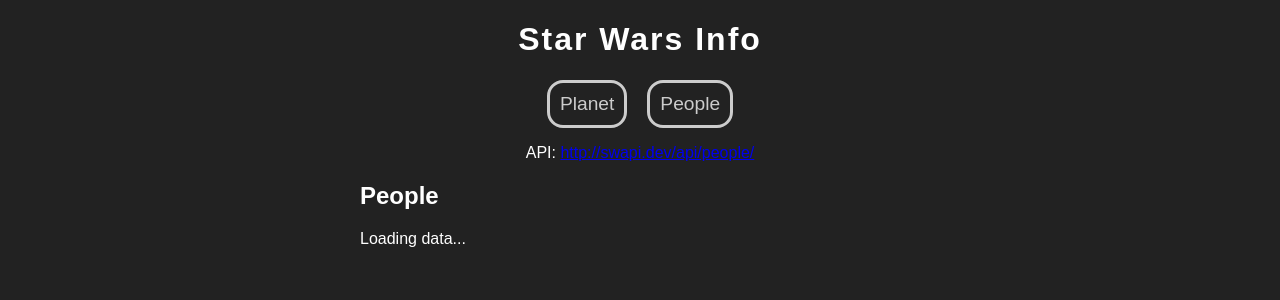
Repository: mireu-san/jikan-react-query
Page: /
These files come from the project's save history. The page is drawn as it stood at one moment and after the next save; the edit follows.
The browser window is 1280 px wide. The pictures show the whole page.
The page's requests for data from a server got no answer. The project was rebuilt for these pictures with package versions that can differ from the ones it lists, and the page was loaded fresh each time. No one was signed in, and anything a server would have sent is missing. Also part of the build but not shown: src/components/Planet.js, src/components/Planets.js, src/components/Person.js.

Above is the page before, as saved 2022-11-29 21:10:10.

After the next save:
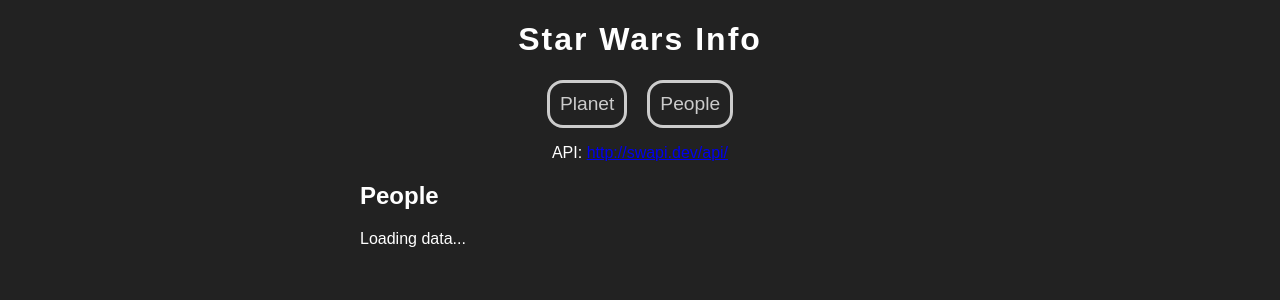
Saved 4 s later.
--- a/src/App.js
+++ b/src/App.js
@@ -12,8 +12,7 @@
       <h1>Star Wars Info</h1>
       <Navbar setPage={setPage} />
       <span>
-        API:{" "}
-        <a href="http://swapi.dev/api/people/">http://swapi.dev/api/people/ </a>
+        API: <a href="http://swapi.dev/api/people/">http://swapi.dev/api/ </a>
       </span>
       <div className="content">
         {page === "planets" ? <Planets /> : <People />}
